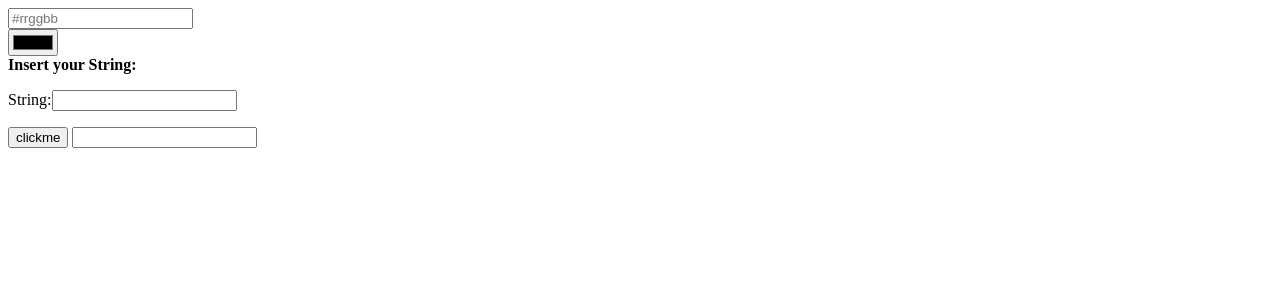
Repository: Micheal11/ReverseStringAssignment
Page: src/MyWidget/widget/template/MyWidget.html
An editor plug-in stored every save of this project. The page is shown before and after the next save, followed by the edit.
The browser window is 1280 px wide. The pictures show the whole page.

Above is the page before, as saved 2017-07-14 11:43:31.

### src/MyWidget/widget/template/MyWidget.html


<div class="widgetname">
    <form>
        <div class="input-group" data-dojo-attach-point="inputNodes">
            <input type="text" class="form-control" placeholder="#rrggbb" data-dojo-attach-point="colorInputNode">
            <div class="input-group-addon"><input type="color" data-dojo-attach-point="colorSelectNode"></div>
        </div>
          <div>
                <b>Insert your String:</b>
                <p>String:<input type="text"  name="myString" id="myString"></p>
                <button type="button" data-dojo-attach-event = "onClick: reversedString">clickme</button>
                <input type="text" data-dojo-attach-point="ss">
            </div>
    </form>

    <div class="widgetname-infoTextNode" data-dojo-attach-point="infoTextNode" />
</div>

After the next save:
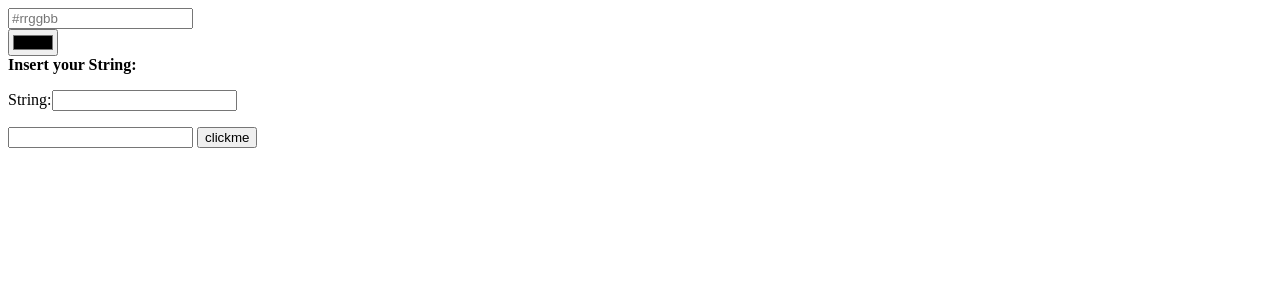
Saved 2 min 49 s later.
--- a/src/MyWidget/widget/template/MyWidget.html
+++ b/src/MyWidget/widget/template/MyWidget.html
@@ -9,8 +9,9 @@
           <div>
                 <b>Insert your String:</b>
                 <p>String:<input type="text"  name="myString" id="myString"></p>
+                <input type="text" data-dojo-attach-point="ss">
                 <button type="button" data-dojo-attach-event = "onClick: reversedString">clickme</button>
-                <input type="text" data-dojo-attach-point="ss">
+
             </div>
     </form>
 
